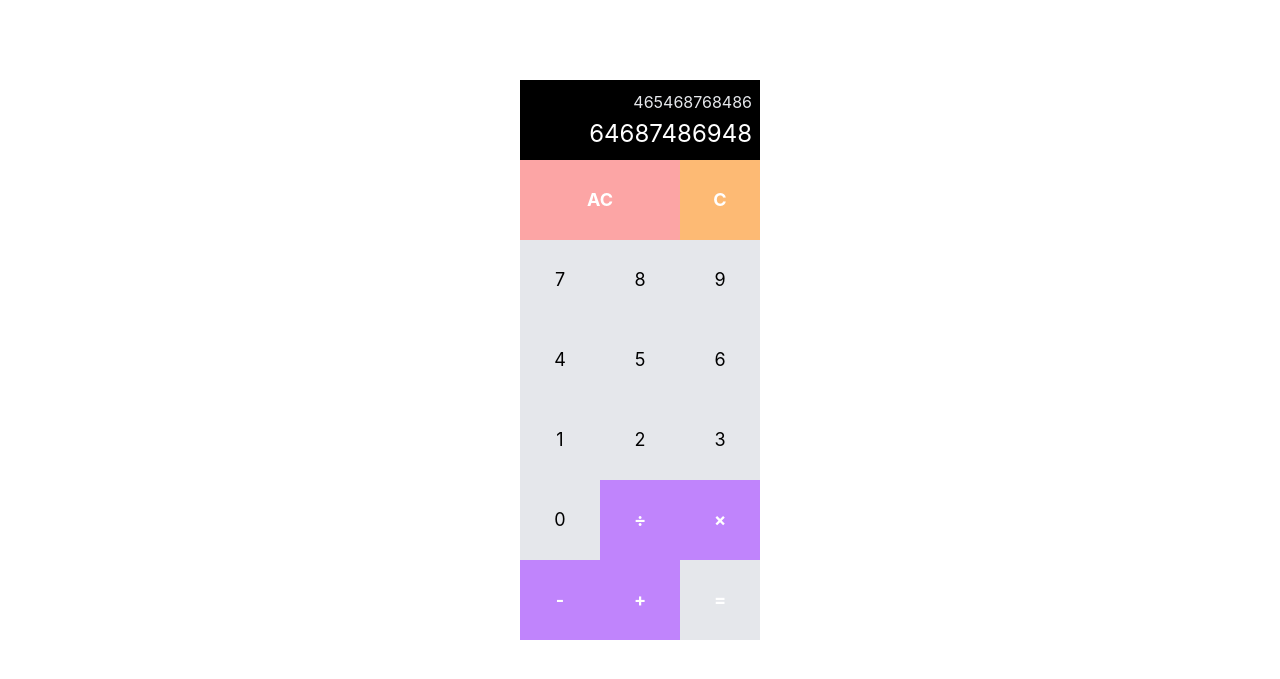
Repository: BrianPhamDev/calculator_app
Page: /
The author's editor kept a copy of each file at every save. The page is drawn from the files as they stood at one save, then again after the next save.
The browser window is 1280 px wide. The pictures show the whole page.
The project was rebuilt for these pictures with package versions that can differ from the ones it lists, and the page was loaded fresh each time. Also part of the build but not shown: vite.config.js.

Above is the page before, as saved 2024-01-09 14:40:42.

### src/App.jsx
import Calculator from "./components/Calculator";

function App() {
  return (
    <>
      <div className="flex items-center justify-center w-screen h-screen">
        <Calculator></Calculator>
      </div>
    </>
  );
}

export default App;

### src/components/Calculator.jsx
import { calculatorButtons } from "../globals/calculator-button-data";
import { useState } from "react";

const Calculator = () => {
  const specialTypes = {
    operator: "bg-purple-400 hover:bg-purple-300 text-white font-bold",
    enter: "bg-blue-400 hover:bg-blue-300 text-white font-bold",
  };
  const specialClasses = {
    ac: "col-span-2 w-40 bg-red-300 text-white font-bold hover:bg-red-400",
    c: "bg-orange-300 text-white font-bold hover:bg-orange-400",
  };

  const [display, setDisplay] = useState();

  return (
    <div className="">
      <div className="w-60 h-20 bg-black text-white flex flex-col items-end justify-around p-2 break-words break-all">
        <div className="previous text-gray-200">465468768486</div>
        <div className="current text-2xl">64687486948</div>
      </div>

      <div className="grid grid-cols-3">
        {calculatorButtons.map((button) => {
          return (
            <div
              key={button.className}
              className={`bg-gray-200 flex items-center justify-center w-20 h-20 hover:bg-slate-300 text-lg  ${
                specialClasses[button.className] || ""
              }
              ${specialTypes[button.type] || ""}`}
            >
              {button.text}
            </div>
          );
        })}
      </div>
    </div>
  );
};

export default Calculator;

### src/globals/calculator-button-data.js
export const calculatorButtons = [
  {
    type: "clear",
    className: "ac",
    text: "AC",
    value: "All Clear",
  },
  {
    type: "clear",
    className: "c",
    text: "C",
    value: "Clear",
  },
  {
    type: "number",
    className: "seven",
    text: 7,
    value: 7,
  },
  {
    type: "number",
    className: "eight",
    text: 8,
    value: 8,
  },
  {
    type: "number",
    className: "nine",
    text: 9,
    value: 9,
  },

  {
    type: "number",
    className: "four",
    text: 4,
    value: 4,
  },
  {
    type: "number",
    className: "five",
    text: 5,
    value: 5,
  },
  {
    type: "number",
    className: "six",
    text: 6,
    value: 6,
  },

  {
    type: "number",
    className: "one",
    text: 1,
    value: 1,
  },
  {
    type: "number",
    className: "two",
    text: 2,
    value: 2,
  },
  {
    type: "number",
    className: "three",
    text: 3,
    value: 3,
  },
  {
    type: "number",
    className: "zero",
    text: 0,
    value: 0,
  },
  {
    type: "operator",
    className: "divide",
    text: "\u00f7",
    value: "Divide",
  },
  {
    type: "operator",
    className: "multiply",
    text: "\u00d7",
    value: "Multiply",
  },
  {
    type: "operator",
    className: "subtract",
    text: "-",
    value: "Subtract",
  },

  {
    type: "operator",
    className: "add",
    text: "+",
    value: "Add",
  },
  {
    type: "enter",
    className: "equal",
    text: "=",
    value: "Equal",
  },
];

Loaded but not shown: index.html (common file); src/main.jsx (common file); src/index.css (common file); tailwind.config.js (common file)

After the next save:
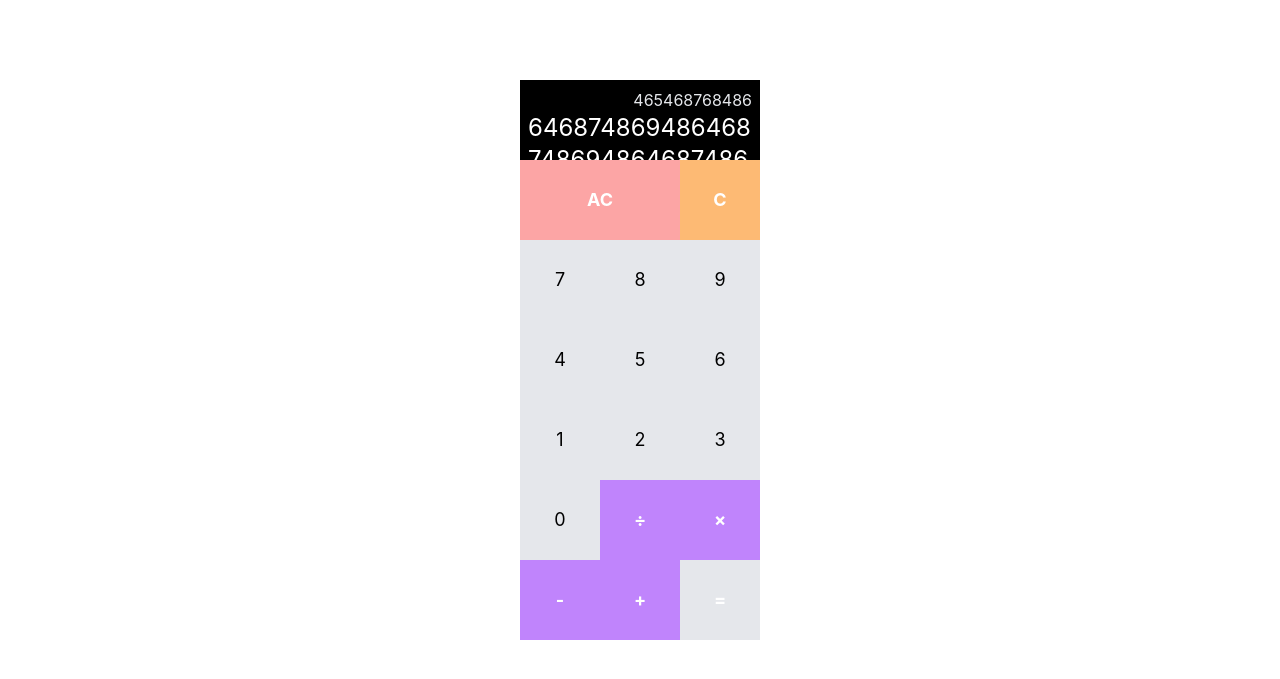
Saved 10 s later.
--- a/src/components/Calculator.jsx
+++ b/src/components/Calculator.jsx
@@ -17,7 +17,9 @@ const Calculator = () => {
     <div className="">
       <div className="w-60 h-20 bg-black text-white flex flex-col items-end justify-around p-2 break-words break-all">
         <div className="previous text-gray-200">465468768486</div>
-        <div className="current text-2xl">64687486948</div>
+        <div className="current text-2xl">
+          646874869486468748694864687486948
+        </div>
       </div>
 
       <div className="grid grid-cols-3">
